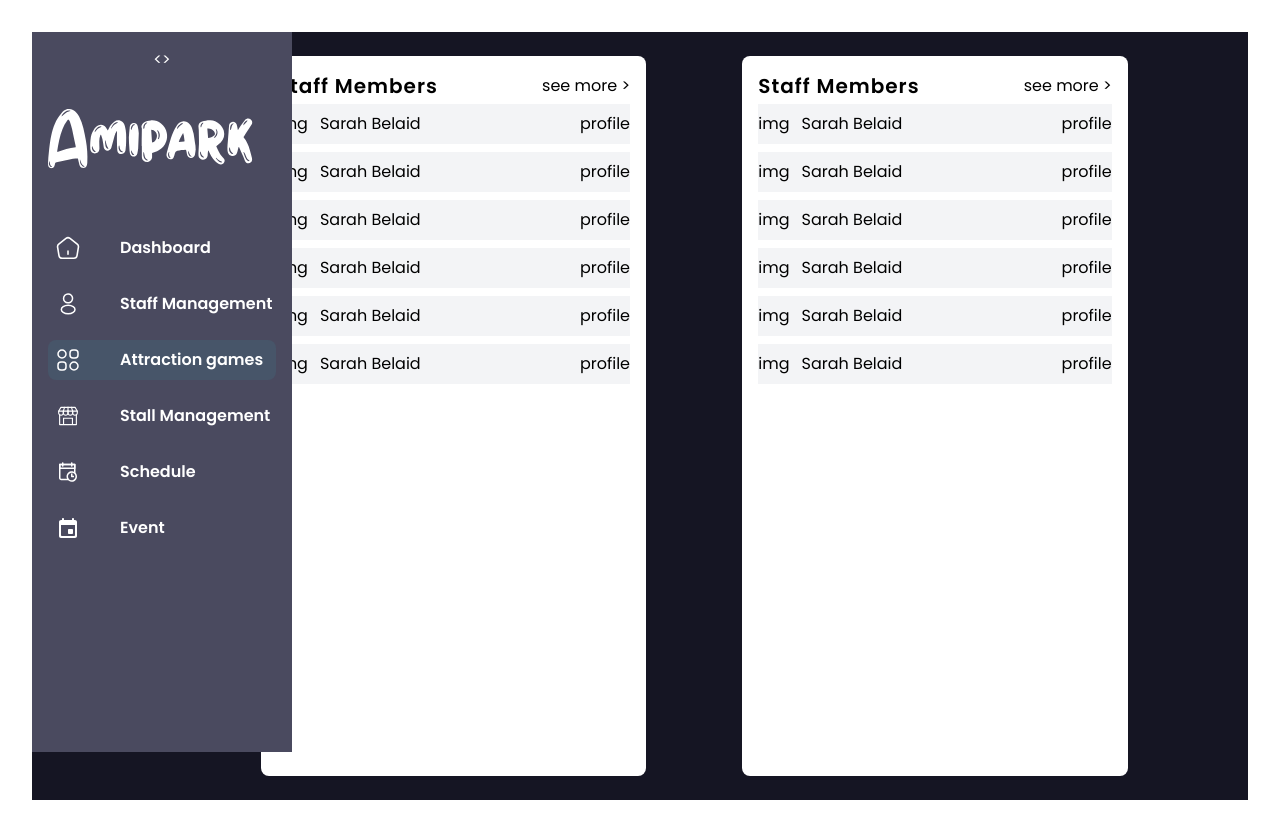
Repository: ImedBousakhria/BDD_AmusementPark_Management-Info
Page: /Attraction (app in client/)
These files come from the project's save history. The page is drawn as it stood at one moment and after a run of saves; the edit follows.
The browser window is 1280 px wide. The pictures show the whole page.
The project was rebuilt for these pictures with package versions that can differ from the ones it lists, and the page was loaded fresh each time. Also part of the build but not shown: client/vite.config.js, client/src/SignIn.jsx, client/src/Signup.jsx, client/src/LandingPage.jsx, client/src/components/Selector.jsx, client/src/components/GameCard.jsx, client/src/Schedule.jsx, client/src/components/charts/AttendanceBars.jsx and 8 more.

Above is the page before, as saved 2024-01-10 14:23:19.

### client/src/App.jsx
import React from "react";
import ReactDOM from "react-dom/client";
import { createRoot } from "react-dom/client";

import { BrowserRouter, Routes, Route } from "react-router-dom";

import SignIn from "./SignIn.jsx";
import SignUp from "./Signup.jsx";
import "./index.css";
import LandingPage from "./LandingPage.jsx";
import Schedule from "./Schedule.jsx";
import Dashboard from "./Dashboard.jsx";
import HomeLayout from "./components/super/HomeLayout.jsx";
import Attractions from "./Attractions.jsx";
import Event from "./Event.jsx";
import Stall from "./Stall.jsx";
import Staff from "./Staff.jsx";

const App = () => {
  return (
    <BrowserRouter>
      <Routes>
        <Route path={"/"} element={<LandingPage />} />

        <Route path={"/Signup"} element={<SignUp />} />
        <Route path={"/Signin"} element={<SignIn />} />
        <Route
          path={"/Schedule"}
          element={<HomeLayout pageComponent={<Schedule />} />}
        />
        <Route
          path={"/Home"}
          element={<HomeLayout pageComponent={<Dashboard />} />}
        />
        <Route
          path={"/Attraction"}
          element={<HomeLayout pageComponent={<Attractions />} />}
        />
        <Route
          path={"/Event"}
          element={<HomeLayout pageComponent={<Event />} />}
        />
        <Route
          path={"/Stall"}
          element={<HomeLayout pageComponent={<Stall />} />}
        />
        <Route
          path={"/Staff"}
          element={<HomeLayout pageComponent={<Staff />} />}
        />
      </Routes>
    </BrowserRouter>
  );
};

export default App;

const root = createRoot(document.getElementById("root"));
root.render(<App />);

### client/src/index.css
@import url("https://fonts.googleapis.com/css2?family=Poppins:wght@100;300;400;500;600;700&display=swap");

@tailwind base;
@tailwind components;
@tailwind utilities;

@layer base {
  a {
    @apply cursor-pointer;
  }
  h1 {
    @apply text-[50px] font-bold;
  }
  h2 {
    @apply text-[2.5rem] font-bold;
  }
  p {
  }
  h3 {
  }
  h4 {
    @apply text-[1rem] font-semibold;
  }
  textarea {
  }
  input {
  }
  select {
  }
}

* {
  font-family: "Poppins", sans-serif;
  box-sizing: border-box;
  padding: 0;
  margin: 0;
}

.bg-grad {
  background: linear-gradient(180deg, transparent 0%, #272741 80%);
}

.VerticalAppointment-content {
  width: max-content;
  color: "#333" !important ;
}
.Appointment-appointment {
  color: "#333" !important ;
}

.MainLayout-stickyElement {
  color: "#fff" !important;
}

.css-1675apn-MuiTableCell-root .Cell-highlightedText {
}


.nav-item::after {
  content: "";
  display: block;
  width: 0;
  height: 2px;
  margin-top: 2px;
  background-color: rgb(102, 209, 243);
  transition: width 0.3s;
}

.nav-item:hover::after {
  width: 100%;
}

.VerticalAppointment-title, .VerticalAppointment-textContainer {
  @apply text-gray-400 font-light
}

### client/src/components/super/HomeLayout.jsx
import React, { useState } from "react";
import SideBar from "./SideBar";

const HomeLayout = ({ pageComponent }) => {
  const [isSidebarOpen, setIsSidebarOpen] = useState(true);

  return (
    <div className=" flex bg-darkBG">
      <div
        className={` transition-all duration-300 ${
          isSidebarOpen ? " basis-[17%] " : " basis-[9%]"
        } `}
      >
        <SideBar
          isSidebarOpen={isSidebarOpen}
          setIsSidebarOpen={setIsSidebarOpen}
        />
      </div>

      <div
        className={` ${
          isSidebarOpen ? " basis-[80%] " : " basis-[80%]"
        } h-full w-full m-6 `}
      >
        {pageComponent}
      </div>
    </div>
  );
};

export default HomeLayout;

### client/src/Attractions.jsx
import React from "react";
import StaffList from "./components/StaffList";

const Attractions = () => {
  return (
    <div className="flex min-h-screen">
      <div className=" basis-[50%]"><StaffList /></div>
      <div className=" basis-[50%]"><StaffList /></div>

    </div>
  );
};

export default Attractions;

### client/src/components/StaffList.jsx
import React from "react";
import StaffMember from "./StaffMember";

const data = [
  {
    firstName: "Sarah",
    lastName: "Belaid",
    email: "s.belaid@gmail.com",
  },
  {
    firstName: "Sarah",
    lastName: "Belaid",
    email: "s.belaid@gmail.com",
  },
  {
    firstName: "Sarah",
    lastName: "Belaid",
    email: "s.belaid@gmail.com",
  },
  {
    firstName: "Sarah",
    lastName: "Belaid",
    email: "s.belaid@gmail.com",
  },
  {
    firstName: "Sarah",
    lastName: "Belaid",
    email: "s.belaid@gmail.com",
  },
  {
    firstName: "Sarah",
    lastName: "Belaid",
    email: "s.belaid@gmail.com",
  },
];

const StaffList = () => {
  return (
    <div className="bg-white p-4 flex flex-col h-full w-[80%] rounded-lg ">
      <div className="flex justify-between items-center">
        {" "}
        <h3 className=" text-xl font-semibold tracking-wider">Staff Members</h3>
        <a href="" className="flex items-center">
          see more {">"}
        </a>
      </div>
      {data.map((el, i) => (
        <StaffMember element={el} />
      ))}
    </div>
  );
};

export default StaffList;

### client/src/components/super/SideBar.jsx
import React, { useState } from "react";
import logo from "../../assets/icons/logo.svg";
import game from "../../assets/nav icons/attractions.svg";
import dashboard from "../../assets/nav icons/dashboard.svg";
import event from "../../assets/nav icons/event.svg";
import schedule from "../../assets/nav icons/schedule.svg";
import staff from "../../assets/nav icons/staff.svg";
import stall from "../../assets/nav icons/stall.svg";
import { Link, useLocation } from "react-router-dom";
import { motion } from "framer-motion";

const SideBar = ({ isSidebarOpen, setIsSidebarOpen }) => {
  const location = useLocation();
  const sidebarVariants = {
    open: { width: "260px" }, // Width while SideBar's open
    closed: { width: "70px" }, // Closed
  };

  const sidebarTransition = {
    type: "tween",
    duration: 0.3,
  };

  const toggleSidebar = (state) => {
    state === "on" ? setIsSidebarOpen(true) : setIsSidebarOpen(false);
  };

  return (
    <motion.div
      variants={sidebarVariants}
      initial="open"
      transition={sidebarTransition}
      animate={isSidebarOpen ? "open" : "closed"}
      className={`fixed h-screen bg-lightBG text-white p-4 flex flex-col `}
    >
      <div>
        <div className=" flex flex-col gap-[2rem]">
          <h3
            className="cursor-pointer"
            onClick={() => setIsSidebarOpen(!isSidebarOpen)}
          >
            {"<>"}
          </h3>
          <img
            src={logo}
            alt="Your Logo"
            className={`transition-transform origin-left duration-300      ${
              isSidebarOpen ? " scale-90" : ""
            }

            } `}
          />
        </div>
      </div>
      <div className="mt-10">
        <ul className="">
          <SidebarButton
            barState={isSidebarOpen}
            to="/home"
            icon={dashboard}
            text="Dashboard"
            currentPath={location.pathname}
            onClick={() => toggleSidebar("on")}
          />
          <SidebarButton
            barState={isSidebarOpen}
            to="/Staff"
            icon={staff}
            text="Staff Management"
            currentPath={location.pathname}
            onClick={() => toggleSidebar("on")}
          />
          <SidebarButton
            barState={isSidebarOpen}
            to="/Attraction"
            icon={game}
            text="Attraction games"
            currentPath={location.pathname}
            onClick={() => toggleSidebar("on")}
          />
          <SidebarButton
            barState={isSidebarOpen}
            to="/Stall"
            icon={stall}
            text="Stall Management"
            currentPath={location.pathname}
            onClick={() => toggleSidebar("on")}
          />

          <SidebarButton
            barState={isSidebarOpen}
            to={"/schedule"}
            icon={schedule}
            text="Schedule"
            currentPath={location.pathname}
            /* onClick={() => {
              toggleSidebar("on");
              toggleDropDown();
            }} */
            /* "Remove Token from Local Storage"); */
          />
          <SidebarButton
            barState={isSidebarOpen}
            to="/Event"
            icon={event}
            text="Event"
            currentPath={location.pathname}
            onClick={() => toggleSidebar("on")}
          />
        </ul>
      </div>
    </motion.div>
  );
};

function SidebarButton({ to, icon, text, currentPath, onClick, barState }) {
  const isCurrent = to === currentPath;

  return (
    <li onClick={onClick}>
      <Link
        to={to}
        className={`flex items-center p-2 rounded-lg transition-colors  my-4 flex-shrink-0 ${
          isCurrent ? " bg-slate-600" : " hover:bg-slate-800 "
        }
          `}
      >
        {/* <i className={`${icon} text-xl mr-2`} /> */}
        <img
          src={icon}
          className={` ${barState ? "  " : "  "} h-6 w-6 mr-10`}
          alt="notification"
        />

        <span
          className={`    transition-transform origin-left duration-300      ${
            barState ? "scale-100" : "scale-0"
          }
          min-w-max font-semibold monstserrat text-white `}
        >
          {text}
        </span>
      </Link>
    </li>
  );
}

export default SideBar;

### client/src/components/StaffMember.jsx
import React from "react";

const StaffMember = ({ element }) => {
  return (
    <div className="flex justify-between py-2 my-1 bg-gray-100">
      <div className="flex gap-3">
        <div>img</div>
        <div>
          {element.firstName} {element.lastName}
        </div>
      </div>

      <div>profile</div>
    </div>
  );
};

export default StaffMember;

### client/tailwind.config.js
/** @type {import('tailwindcss').Config} */
module.exports = {
  content: ["./src/**/*.{js,jsx,ts,tsx}"],
  theme: {
    extend: {
      colors: {
        customGray : "#F5F5F5",
        customDark : "#323134",
        customPink : "#D37A7B",
        customPurple : "#A5A4FF",
        customYellow : "#F9B234",
        customBlue : "#1ABBED",
        primaryBG: "#272741",
        lightBG: "#4A4A5F",
        darkBG: "#151523",

        creamYellow: "#FBCB77",
        creamPink: "#F1B7C1",
        creamBlue: "#66D1F3",
        creamPurple: "#BBB4D7",
        creamGreen: "#A7EAD1",
        creamOrange: "#FFCEAB",
        creamLime: "#E3E9BE"

      },
    },
  },
  plugins: [],
};

Loaded but not shown: client/index.html (common file); client/src/App.css (common file)

After the next 4 saves:
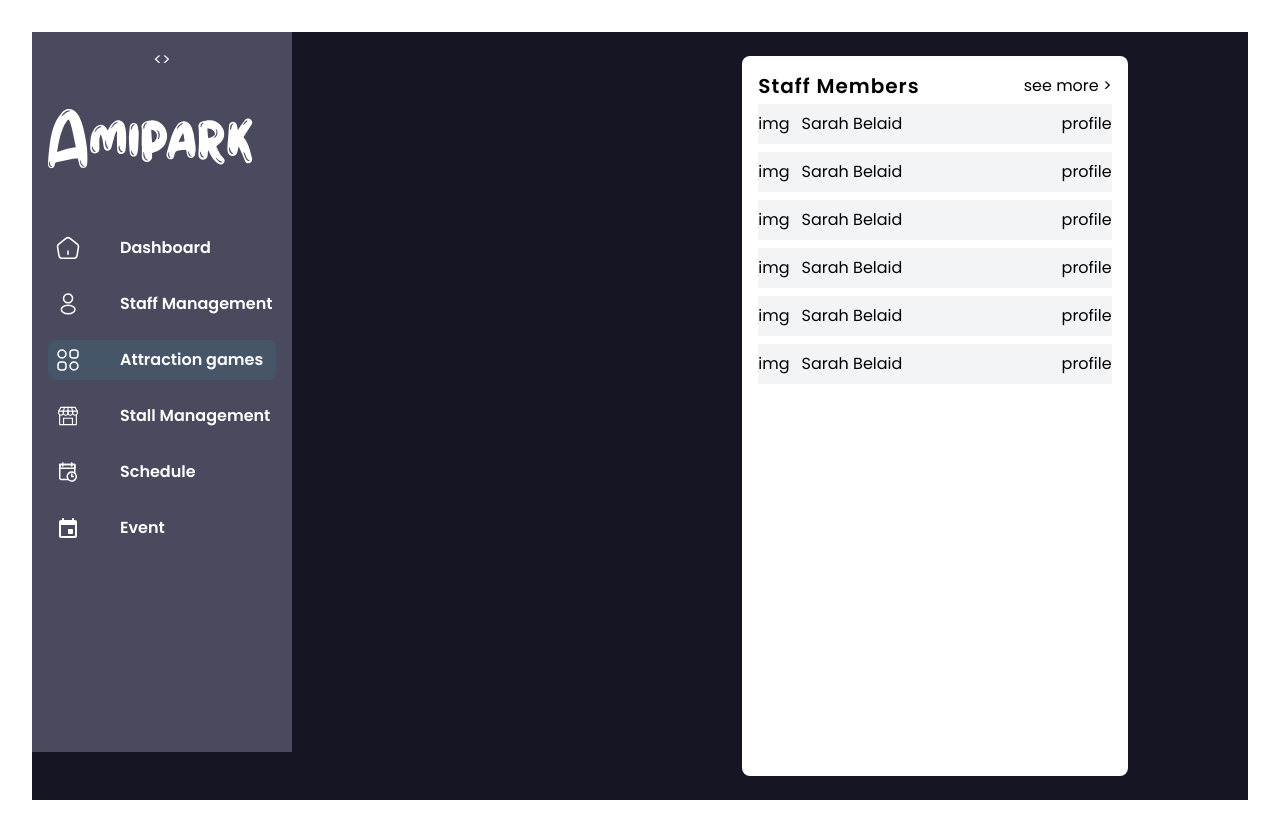
The 4 saves are shown as one change because they came seconds apart.
The last was saved 12 s later.
--- a/client/src/Attractions.jsx
+++ b/client/src/Attractions.jsx
@@ -4,7 +4,11 @@ import StaffList from "./components/StaffList";
 const Attractions = () => {
   return (
     <div className="flex min-h-screen">
-      <div className=" basis-[50%]"><StaffList /></div>
+      <div className=" basis-[50%]">
+        {
+
+        }
+        </div>
       <div className=" basis-[50%]"><StaffList /></div>
 
     </div>
